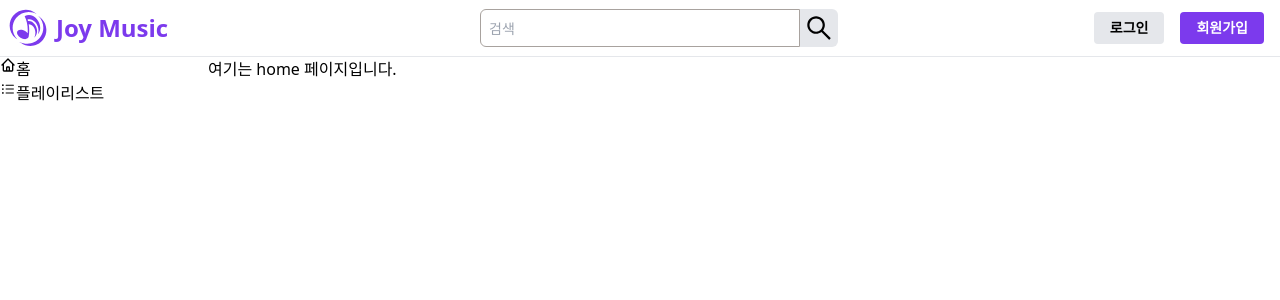
Repository: momo0170/streaming
Page: /
An editor plug-in stored every save of this project. The page is shown before and after the next save, followed by the edit.
The browser window is 1280 px wide. The pictures show the whole page.
The project was rebuilt for these pictures with package versions that can differ from the ones it lists, and the page was loaded fresh each time. Also part of the build but not shown: src/App.css, src/router/Playlist.jsx.

Above is the page before, as saved 2023-09-23 11:29:36.

### src/index.js
import React from 'react';
import ReactDOM from 'react-dom/client';
import './index.css';
import App from './App';
import { RouterProvider, createBrowserRouter } from 'react-router-dom';
import Home from './router/Home';
import Playlist from './router/Playlist';

const router = createBrowserRouter([
  {
    path: '/',
    element: <App />,
    children: [
      {
        index: true,
        element: <Home />,
      },
      {
        path: 'playlist',
        element: <Playlist />,
      },
    ],
  },
]);
const root = ReactDOM.createRoot(document.getElementById('root'));
root.render(
  <RouterProvider router={router}>
    <App />
  </RouterProvider>
);

### src/index.css
/* index.css 📂 */

@tailwind base;
@tailwind components;
@tailwind utilities;

### src/App.js
import { Outlet } from 'react-router-dom';
import './App.css';
import Header from './components/Header';
import MenuBar from './components/MenuBar';

function App() {
  return (
    <>
      <Header />
      <div className="flex">
        <MenuBar />
        <Outlet />
      </div>
    </>
  );
}

export default App;

### src/router/Home.jsx
import React from 'react';

export default function Home() {
  return <main>여기는 home 페이지입니다.</main>;
}

### src/components/Header.jsx
import React from 'react';
import { GiMusicSpell } from 'react-icons/gi';
import { AiOutlineSearch } from 'react-icons/ai';
import { Link } from 'react-router-dom';

export default function Header() {
  const handleSubmit = (e) => {
    e.preventDefault();
  };
  return (
    <header className="flex justify-between p-2 border-b h-13 items-center">
      <Link to="/" className="flex items-center">
        <GiMusicSpell
          size="40"
          color="#7c3aed"
          className="hover:animate-spin"
        />
        <div className="text-violet-600 text-2xl ml-2 font-bold">Joy Music</div>
      </Link>
      <form className="flex transform translate-x-8" onSubmit={handleSubmit}>
        <input
          type="text"
          placeholder="검색"
          className="rounded-l-md border border-stone-400 p-1 px-2 focus:shadow-inner2 outline-none focus:border-violet-600 placeholder:text-sm hover:shadow-hoverInput hover:border-hoverInput w-80"
        />
        <button className="bg-gray-200 p-1 rounded-r-md box-border hover:bg-gray-300">
          <AiOutlineSearch size="30" />
        </button>
      </form>
      <div className="flex">
        <button className="bg-gray-200 mx-2 px-4 py-1.5 rounded text-sm font-semibold hover:bg-gray-300">
          로그인
        </button>
        <button className="bg-violet-600 text-white mx-2 px-4 py-1.5 rounded text-sm font-semibold hover:bg-violet-700">
          회원가입
        </button>
      </div>
    </header>
  );
}

### src/components/MenuBar.jsx
import React from 'react';
import MenuButton from './MenuButton';

export default function MenuBar() {
  const list = [
    ['/', '홈'],
    ['/playlist', '플레이리스트'],
  ];

  return (
    <aside className="flex flex-col w-52">
      {list.map((item, idx) => (
        <MenuButton key={idx} text={item[1]} path={item[0]} />
      ))}
    </aside>
  );
}

### src/components/MenuButton.jsx
import React from 'react';
import { Link } from 'react-router-dom';
import { HiHome, HiOutlineHome } from 'react-icons/hi';
import { IoIosListBox, IoIosList } from 'react-icons/io';

export default function MenuButton({ text, path }) {
  return (
    <Link to={path} className="flex">
      {text === '홈' ? <HiOutlineHome /> : <IoIosList />}
      <span>{text}</span>
    </Link>
  );
}

### tailwind.config.js
/** @type {import('tailwindcss').Config} */
module.exports = {
  content: ['./src/**/*.{js,jsx,ts,tsx}'],
  theme: {
    extend: {
      borderWidth: {
        1.5: '1.5px',
      },
      boxShadow: {
        inner2: '0 0 0 1.5px #7c3aed inset',
        hoverInput: '0 0 0 1px #ABABAB inset',
      },
      borderColor: {
        hoverInput: '#ABABAB',
      },
    },
  },
  plugins: [],
};

Loaded but not shown: public/index.html (common file)

After the next save:
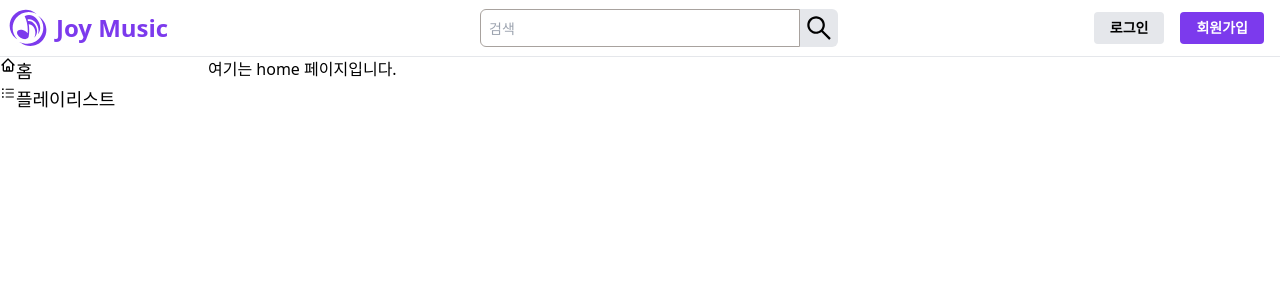
Saved 49 s later.
--- a/src/components/MenuButton.jsx
+++ b/src/components/MenuButton.jsx
@@ -7,7 +7,7 @@ export default function MenuButton({ text, path }) {
   return (
     <Link to={path} className="flex">
       {text === '홈' ? <HiOutlineHome /> : <IoIosList />}
-      <span>{text}</span>
+      <span className="text-lg">{text}</span>
     </Link>
   );
 }
